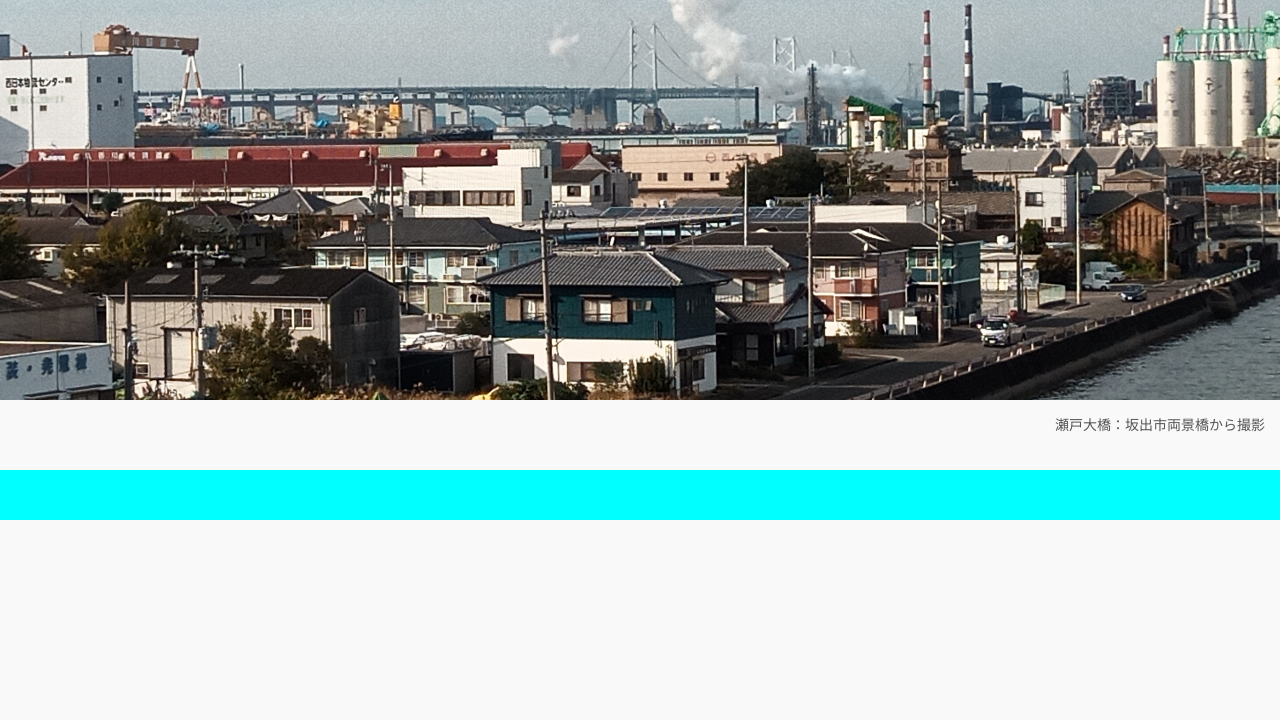
Repository: rydeen7907/html
Page: index.html
These files come from the project's save history. The page is drawn as it stood at one moment and after the next save; the edit follows.
The browser window is 1280 px wide. The pictures show the whole page.

Above is the page before, as saved 2025-04-26 18:12:21.

### index.html
<!DOCTYPE html>
<html lang="ja">
<head>
    <meta charset="UTF-8">
    <meta name="viewport" content="width=device-width, initial-scale=1.0">
    <title>だらっくまのサイト</title>
    <!-- スタイルシートの読み込み -->
    <link rel="stylesheet" href="style.css">
    <style>
        /* 基本的なスタイル */
        body {
                font-family: Arial, sans-serif;
                margin: 0;
                padding: 0;
                background-color: #f9f9f9;
                text-align: center;
        }
        /* ヘッダー画像 */
        .header-image {
            width: 100%;
            max-width: auto;
            height: 400px; /* width に合わせて高さを自動調整 */
            display: block; /* 中央配置 */
            margin: 0 auto; /* 中央配置 */
            object-fit: cover; /* 画像の比率を維持 */
        }

        /* 画像の説明文 */
        .image-caption {
            text-align: right; /* 右配置 */
            font-size: 14px; /* フォントサイズ */
            padding-right: 15px; /* 右側の余白 */
            color: #555; /* 文字色 */
            margin-top: 5px; /* 上部のマージン */
            margin-bottom: 25px; /* 下部のマージン */
        }

        /* メイン h1 */
        h1 {
            text-align: center; /* 中央配置 */
            color: #333; /* 文字色 */
            margin: 20px 0; /* 上下のマージン */
            margin-top: 40px; /* 上部のマージン */
            margin-bottom: 20px; /* 下部のマージン */
            font-size: 28px; /* フォントサイズ */
            font-weight: bold; /* 太字 */
        }

        /* 段落 p */
        p {
            text-align: center; /* 中央配置 */
            color: #555; /* 文字色 */
            font-size: 16px; /* フォントサイズ */
            margin: 10px 0; /* 上下のマージン */
            line-height: 30px; /* 行間 */
        }

        /* リンク a */
        a {
            color: #007BFF; /* リンクの色 */
            text-decoration: none; /* 下線を消す */
            font-size: 16px; /* フォントサイズ */
            font-weight: bold; /* 太字 */
            margin-top: 15px; /* 上マージン */
            margin-bottom: 15px; /* 下マージン */
            display: block; /* ブロック要素にして中央配置 */
            text-align: center; /* 中央配置 */
            transition: color 0.3s; /* 色の変化を滑らかに */

        }
        a:hover,
        a:focus {
            color: #0056b3; /* ホバー時の色 */
            text-decoration: underline; /* ホバー時の下線 */
        }
    </style>
</head>
<body>
    <!-- ヘッダー画像の挿入 -->
    <img src="./image/ryokeibridge.jpg" alt="Header Image" class="header-image">
    <!-- 画像の説明文 -->
    <p class="image-caption">瀬戸大橋：坂出市両景橋から撮影</p>
    <!-- スクロールテキストコンテナ -->
    <div class="scroll-text-container">
        <class=

    <!-- brタグはcssのマージンで代用 -->
    <h1>だらっくま、だらっくま…</h1>
    <p>はじめてのHTML</p>
    <a href="test.html">test</a>
</body>
</html>

### style.css
/* 基本的なスタイル */
body {
    font-family: Arial, sans-serif;
    line-height: 2.0; /* 行間を読みやすく調整 (例：2.0倍 px,%,emでも可能) */
    margin: 0; /* ブラウザデフォルトのマージンをリセット */
    padding: 0; /* ブラウザデフォルトのパディングをリセット */
    background-color: #f4f4f4; /* 背景色を薄いグレーに設定 */
    color: #333; /* 文字色を濃いグレーに設定 */
    padding-bottom: 50px; /* ページ下部のパディングを追加 */
}

/* ヘッダーのスタイル */
.header-image {
    width: 100%;
    /* max-width: auto; は width: 100%; があれば不要 */
    height: 400px;
    display: block; /* 中央配置のためブロック要素に */
    margin: 0 auto; /* 上下のマージンは０、左右は自動で中央揃え */
    object-fit: cover; /* 画像のアスペクト比を維持、要素に合わせる */
}

/* 画像の説明文 */
.image-caption {
    text-align: right; /* 右寄せ */
    font-size: 14px; /* フォントサイズを小さく */
    padding: 5px 15px; /* 上下のパディングと左右のパディングを追加 */
    color: #555; /* 文字色を薄いグレーに */
    margin-top:\ 5px; /* 上部のマージンを追加 */
    margin-bottom: 25px; /* 下部のマージンを追加 */
}

/* メインコンテンツのスタイル */
.h1 {
    text-align: center; /* 中央配置 */
    color: #333; /* 文字色を濃いグレーに */
    margin: 20px 0; /* 上下のマージンを追加 */
    margin-top: 40px; /* 上部のマージンを追加 */
    margin-bottom: 20px; /* 下部のマージンを追加 */
    font-size: 28px; /* フォントサイズ */
    font-weight: bold; /* 太字に設定 */
}

/* スクロールテキストコンテナ */
.scroll-text-container {
    width: 100%; /* 幅を100%に設定 */
    height: 50px; /* 高さを50pxに設定 */
    overflow: hidden; /* はみ出た部分を隠す */
    white-space: nowrap; /* 文字を折り返さない */
    box-sizing: border-box; /* パディングとボーダーを含めたサイズ計算 */
    position: relative; /* 相対位置に設定 */
    background-color: aqua; /* 背景色をアクアに設定 */
    margin-top: 20px; /* 上部のマージンを追加 */
    margin-bottom: 20px; /* 下部のマージンを追加 */
    text-align: center; /* 中央配置 */
    font-size: 18px; /* フォントサイズ */
    font-weight: bold; /* 太字に設定 */
    color: #333; /* 文字色を濃いグレーに */
}

/* スクロールテキスト */
.scrolling-text {
    display: inline-block; /* インラインブロック要素に設定 */
    padding-left: 100%; /* 左側にパディングを追加 */
    position: absolute; /* 絶対位置に設定 */
    width: 100%; /* 幅を100%に設定 */
    height: 50px; /* 高さを50pxに設定 */
    top: 0; /* 上端に配置 */
    left: 0; /* 左端に配置 */
    animation: scroll-text-animation 10s linear infinite; /* アニメーションを適用 */
    font-size: 18px; /* フォントサイズ */
    font-weight: bold; /* 太字に設定 */
    margin: 0; /* コンテナ内でのマージンを削除 */
}

/* スクロールアニメーションの定義 */
@keyframes scroll-left {
    0% {
        transform: translateX(0); /* 開始位置 */
    }
    100% {
        /* テキスト自身の幅だけ左に移動させる */
        transform: translateX(-100%);
    }
}


/* 段落 p */
p {
    text-align: center; /* 中央配置 */
    margin-top: 25px; /* 上下のマージンを追加 */
    margin-bottom: 25px;
    font-size: 16px; /* フォントサイズ */
}

/* リンク a */
a {
    text-decoration: none; /* 下線を削除 */
    color: #ff0000; /* 文字色を赤に */
    display: block;
    text-align: center; /* 左寄せ */
    margin-top: 10px; /* 上部のマージンを追加 */
    margin-bottom: 10px; /* 下部のマージンを追加 */
    font-size: 16px; /* フォントサイズ */
    font-weight: bold; /* 太字に設定 */
    transition: color 0.3s; /* ホバー時の色変更にトランジションを追加 */
}

/* ホバー時のスタイル */
a:hover,
a:focus { /* ホバーとフォーカス時に適用するスタイル */
    text-decoration: underline; /* 下線を追加 */
    color: #ff8000; /* ホバー時の文字色をオレンジに変更 */
}

After the next save:
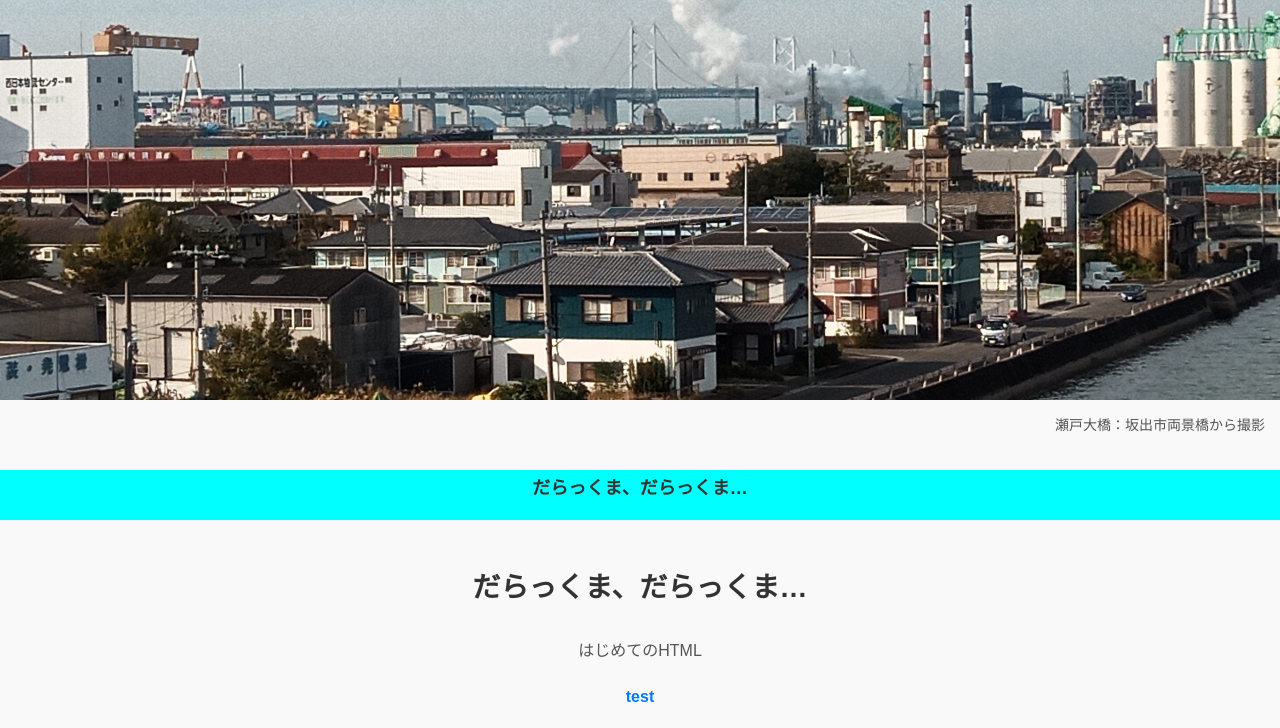
Saved 9 s later.
--- a/index.html
+++ b/index.html
@@ -82,7 +82,7 @@
     <p class="image-caption">瀬戸大橋：坂出市両景橋から撮影</p>
     <!-- スクロールテキストコンテナ -->
     <div class="scroll-text-container">
-        <class=
+        <class="scroll-text">だらっくま、だらっくま…</div>
 
     <!-- brタグはcssのマージンで代用 -->
     <h1>だらっくま、だらっくま…</h1>
